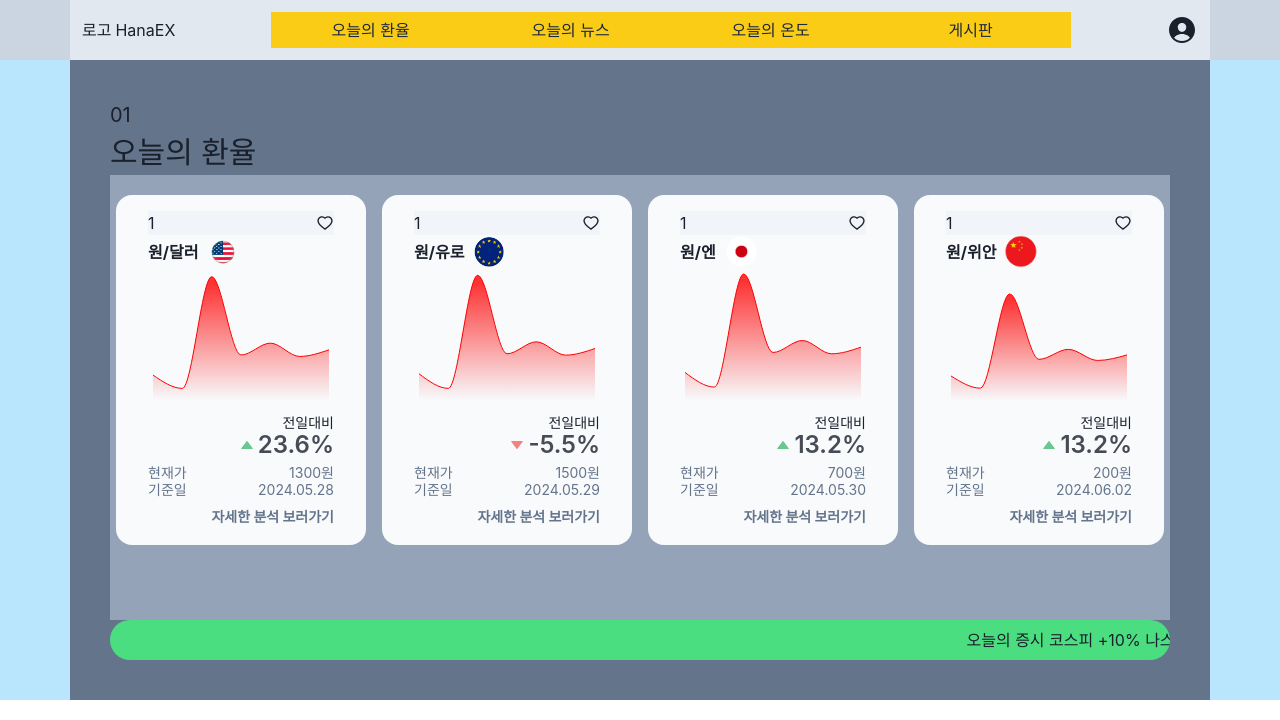
Repository: HANAEX/FRONT
Page: /
These files come from the project's save history. The page is drawn as it stood at one moment and after the next save; the edit follows.
The browser window is 1280 px wide. The pictures show the whole page.
The project was rebuilt for these pictures with package versions that can differ from the ones it lists, and the page was loaded fresh each time. Also part of the build but not shown: src/pages/LoginPage.js, src/pages/MyPage.js, src/components/Toggle.js, src/components/SementicCard.js, src/pages/SemanticPage.js, src/components/NewsCard.js, src/pages/NewsPage.js, src/components/CloudChart.js and 6 more.

Above is the page before, as saved 2024-08-13 19:53:36.

After the next save:
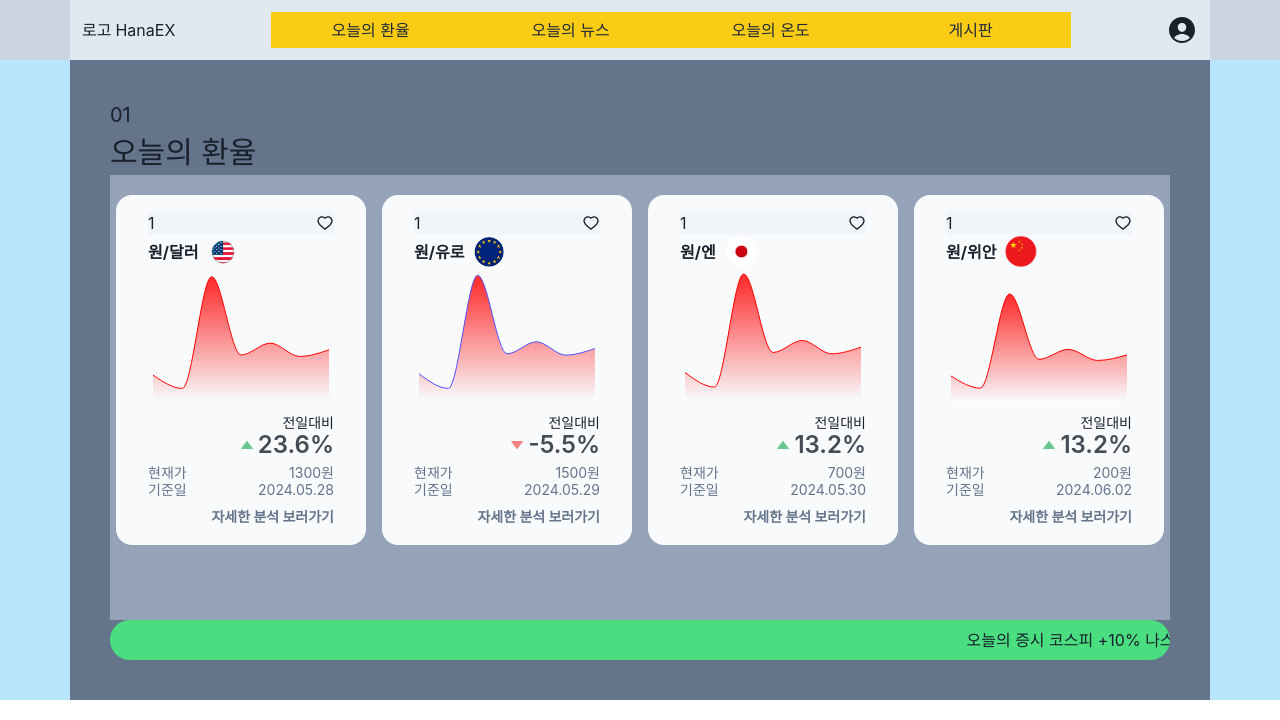
Saved 26 s later.
--- a/src/components/ChartCard.js
+++ b/src/components/ChartCard.js
@@ -46,11 +46,11 @@ const ChartCard = ({ name, increase, imageUrl, currentPrice, date, chartData })
           <defs>
             <linearGradient id="colorPv" x1="0" y1="0" x2="0" y2="1">
               <stop offset="5%" stopColor={increase >= 0 ? '#FF0000' : '#524CFF'} stopOpacity={0.8}/>
-              <stop offset="95%" stopColor="#FF0000" stopOpacity={0}/>
+              <stop offset="95%" stopColor={increase >= 0 ? '#FF0000' : '#524CFF'} stopOpacity={0}/>
             </linearGradient>
           </defs>
           <Tooltip />
-          <Area type="monotone" dataKey="pv" stroke="#FF0000" fillOpacity={2} fill="url(#colorPv)" />
+          <Area type="monotone" dataKey="pv" stroke={increase >= 0 ? '#FF0000' : '#524CFF'} fillOpacity={2} fill="url(#colorPv)" />
         </AreaChart>
       </ResponsiveContainer>
 
